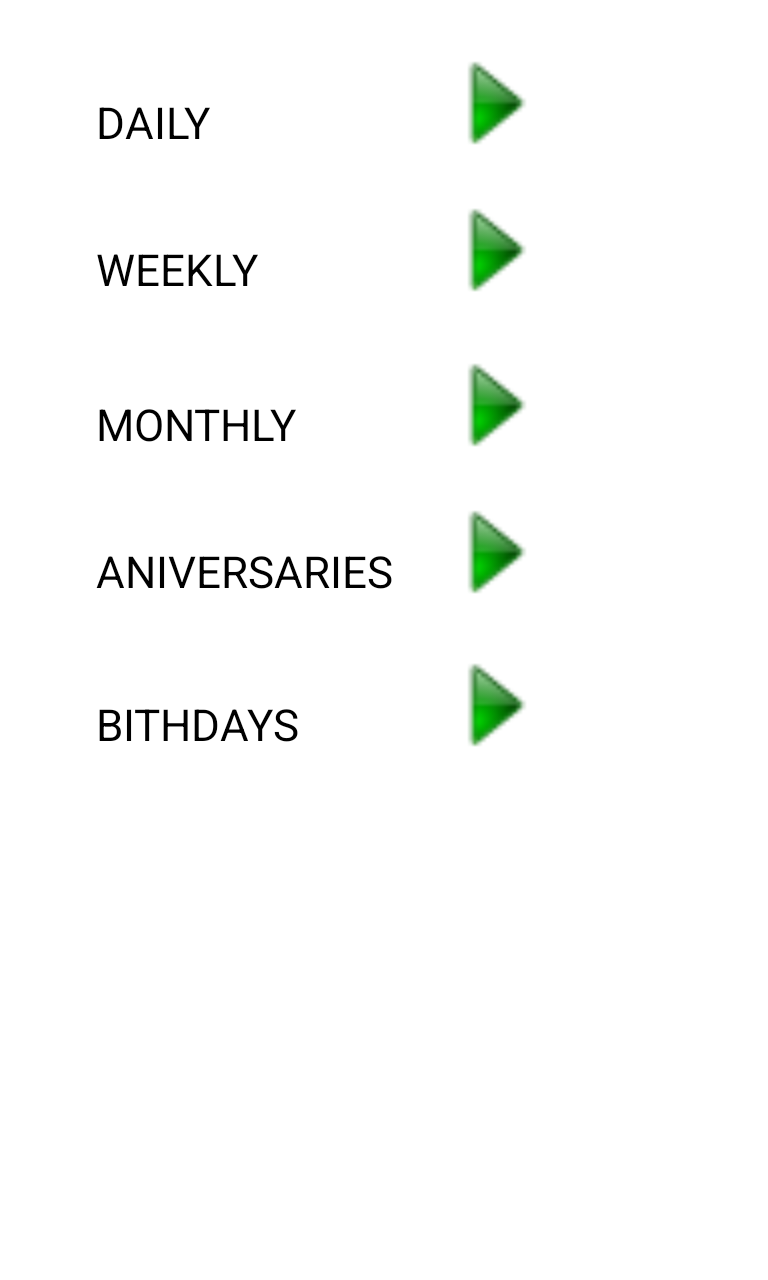
Repository: satyadarls/ToDo
Layout: ToDo/res/layout/activity_main.xml
The author's editor kept a copy of each file at every save. The layout is drawn from the files as they stood at one save, then again after the next save.
It is drawn on a 768 x 1280 px phone screen (xhdpi) without system bars, with theme AppTheme; the app's code is not run.

Above is the layout before, as saved 2014-07-06 09:40:56.

After the next save:
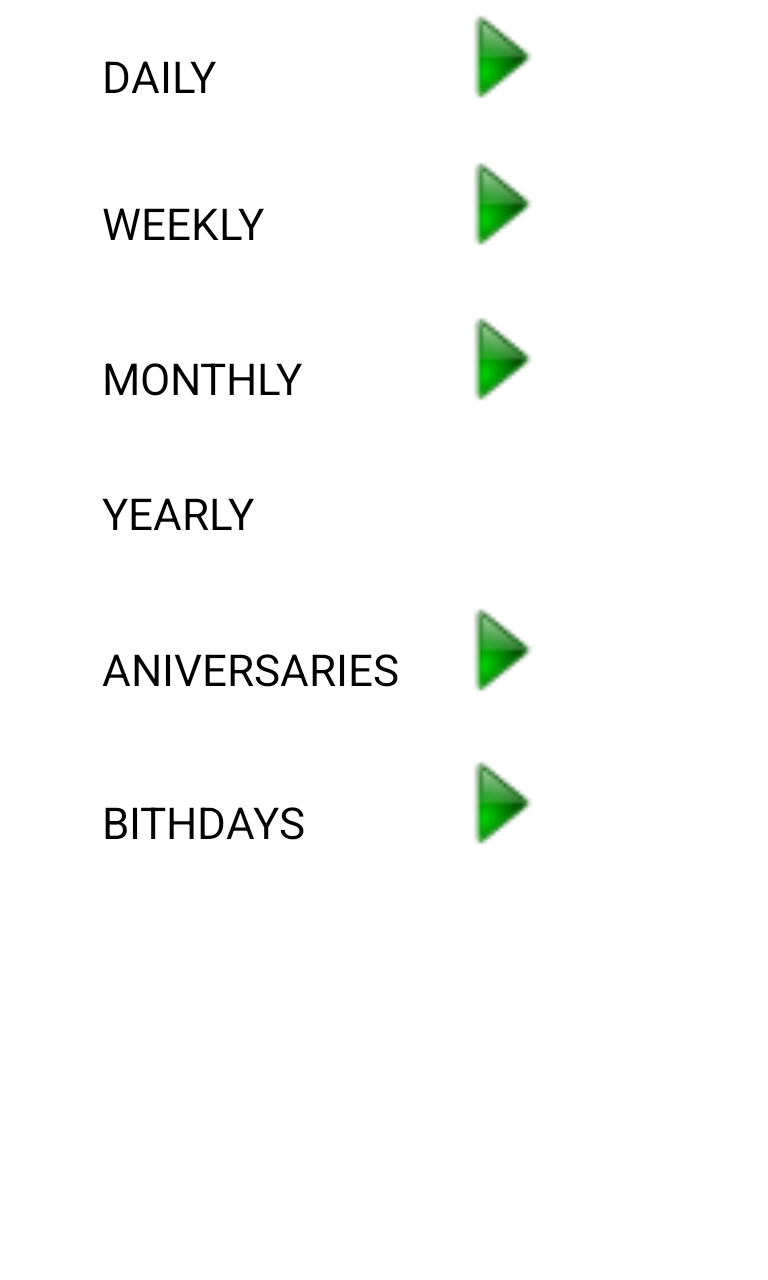
Saved 44 s later.
--- a/ToDo/res/layout/activity_main.xml
+++ b/ToDo/res/layout/activity_main.xml
@@ -41,27 +41,6 @@
         android:background="@drawable/rightarrow" />
 
     <TextView
-        android:id="@+id/textView4"
-        android:layout_width="wrap_content"
-        android:layout_height="wrap_content"
-        android:layout_alignLeft="@+id/textView3"
-        android:layout_below="@+id/textView3"
-        android:layout_marginTop="44dp"
-        android:text="ANIVERSARIES"
-        android:textAppearance="?android:attr/textAppearanceLarge" />
-
-    <TextView
-        android:id="@+id/textView1"
-        android:layout_width="wrap_content"
-        android:layout_height="wrap_content"
-        android:layout_alignParentLeft="true"
-        android:layout_alignParentTop="true"
-        android:layout_marginLeft="48dp"
-        android:layout_marginTop="46dp"
-        android:text="DAILY"
-        android:textAppearance="?android:attr/textAppearanceLarge" />
-
-    <TextView
         android:id="@+id/textView2"
         android:layout_width="wrap_content"
         android:layout_height="wrap_content"
@@ -100,4 +79,35 @@
         android:layout_alignLeft="@+id/button4"
         android:background="@drawable/rightarrow" />
 
+    <TextView
+        android:id="@+id/textView1"
+        android:layout_width="wrap_content"
+        android:layout_height="wrap_content"
+        android:layout_alignParentLeft="true"
+        android:layout_alignParentTop="true"
+        android:layout_marginLeft="51dp"
+        android:layout_marginTop="23dp"
+        android:text="DAILY"
+        android:textAppearance="?android:attr/textAppearanceLarge" />
+
+    <TextView
+        android:id="@+id/textView4"
+        android:layout_width="wrap_content"
+        android:layout_height="wrap_content"
+        android:layout_alignLeft="@+id/textView3"
+        android:layout_below="@+id/textView3"
+        android:layout_marginTop="116dp"
+        android:text="ANIVERSARIES"
+        android:textAppearance="?android:attr/textAppearanceLarge" />
+
+    <TextView
+        android:id="@+id/textView6"
+        android:layout_width="wrap_content"
+        android:layout_height="wrap_content"
+        android:layout_above="@+id/button4"
+        android:layout_alignLeft="@+id/textView3"
+        android:layout_marginBottom="30dp"
+        android:text="YEARLY"
+        android:textAppearance="?android:attr/textAppearanceLarge" />
+
 </RelativeLayout>
